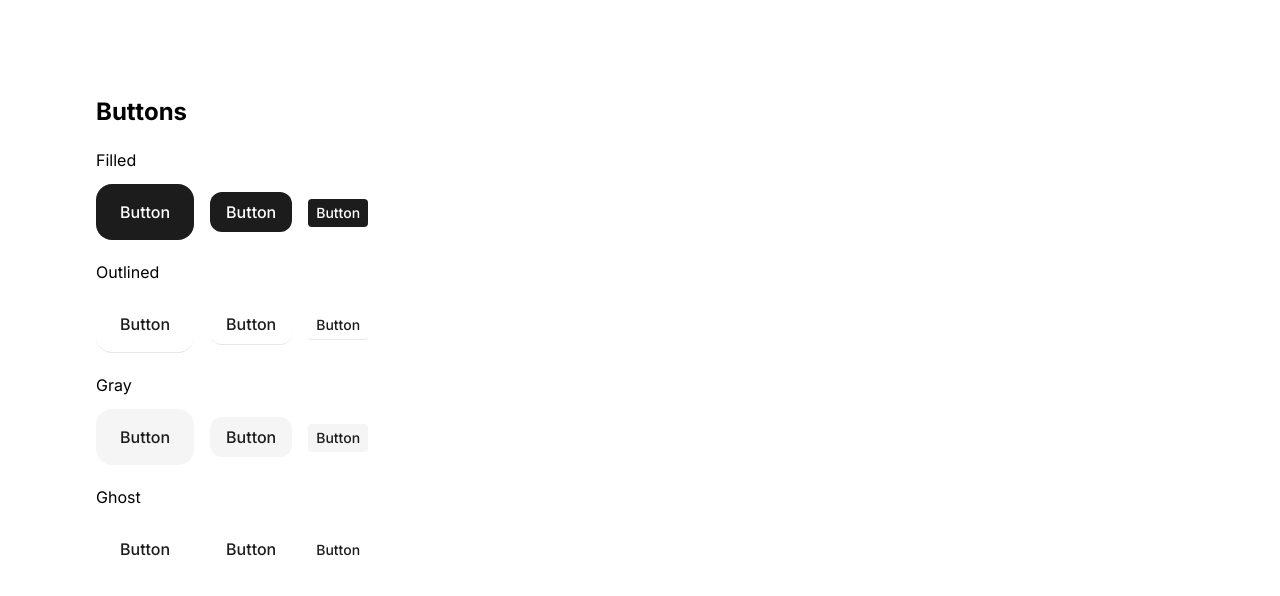
Repository: ggonzaga29/polarized-dashboard
Page: /
An editor plug-in stored every save of this project. The page is shown before and after the next save, followed by the edit.
The browser window is 1280 px wide. The pictures show the whole page.
The project was rebuilt for these pictures with package versions that can differ from the ones it lists, and the page was loaded fresh each time. The framework's server and built-in components were replaced by stand-ins that run in the browser. Also part of the build but not shown: next.config.js.

Above is the page before, as saved 2023-08-03 23:59:42.

### src/app/layout.jsx
import './globals.css';
import { Inter } from 'next/font/google';
import { ThemeProvider } from '@/context/theme-provider';

const inter = Inter({ subsets: ['latin'] });

export const metadata = {
  title: 'Polarized | Dashboard',
};

export default function RootLayout({ children }) {
  return (
    <html lang="en">
      <body className={inter.className}>
        <ThemeProvider attribute="class" defaultTheme="system" enableSystem>
          {children}
        </ThemeProvider>
      </body>
    </html>
  );
}

### src/app/page.jsx
import Image from 'next/image';
import { Button } from '@/components/ui/button';

export default function Home() {
  return (
    <main className="min-h-screen flex-col items-center justify-between p-24 space-y-5">
			<h1 className='text-2xl font-bold'>Buttons</h1>
      <div>
        <h2>Filled</h2>
        <div className="space-x-4 mt-3">
          <Button variant="filled" size="lg">
            Button
          </Button>
          <Button variant="filled" size="md">
            Button
          </Button>
          <Button variant="filled" size="sm">
            Button
          </Button>
        </div>
      </div>
      <div>
        <h2>Outlined</h2>
        <div className="space-x-4 mt-3">
          <Button variant="outlined" size="lg">
            Button
          </Button>
          <Button variant="outlined" size="md">
            Button
          </Button>
          <Button variant="outlined" size="sm">
            Button
          </Button>
        </div>
      </div>
      <div>
        <h2>Gray</h2>
        <div className="space-x-4 mt-3">
          <Button variant="gray" size="lg">
            Button
          </Button>
          <Button variant="gray" size="md">
            Button
          </Button>
          <Button variant="gray" size="sm">
            Button
          </Button>
        </div>
      </div>
      <div>
        <h2>Ghost</h2>
        <div className="space-x-4 mt-3">
          <Button variant="ghost" size="lg">
            Button
          </Button>
          <Button variant="ghost" size="md">
            Button
          </Button>
          <Button variant="ghost" size="sm">
            Button
          </Button>
        </div>
      </div>
    </main>
  );
}

### src/app/globals.css
@tailwind base;
@tailwind components;
@tailwind utilities;

@layer base {
  :root {
    /* --background: 0 0% 100%;
    --foreground: 240 10% 3.9%;

    --muted: 240 4.8% 95.9%;
    --muted-foreground: 240 3.8% 46.1%;

    --popover: 0 0% 100%;
    --popover-foreground: 240 10% 3.9%;

    --card: 0 0% 100%;
    --card-foreground: 240 10% 3.9%;

    --border: 240 5.9% 90%;
    --input: 240 5.9% 90%;

    --primary: 240 5.9% 10%;
    --primary-foreground: 0 0% 98%;

    --secondary: 240 4.8% 95.9%;
    --secondary-foreground: 240 5.9% 10%;

    --accent: 240 4.8% 95.9%;
    --accent-foreground: 240 5.9% 10%;

    --destructive: 0 84.2% 60.2%;
    --destructive-foreground: 0 0% 98%;

    --ring: 240 5% 64.9%;

    --radius: 0.5rem; */

    /* 1C1C1C */
    --black-100: hsl(0, 0%, 11%);
    --black-80: hsl(0%, 11%, 80%);

    --white-100: hsl(0, 0%, 100%);
    --white-80: hsl(0, 0%, 80%);
    --white-40: hsl(0, 0%, 40%);
    --white-20: hsl(0, 0%, 20%);
    --white-10: hsl(0, 0%, 10%);
    --white-5: hsl(0, 0%, 5%);

    /* F7F9FB */
    --primary-light: hsl(210, 50%, 98%);
    /* E3F5FF */
    --primary-blue: hsl(210, 90%, 95%);
    /* E5ECF6 */
    --primary-purple: hsl(240, 20%, 90%);
    /* 1C1C1C */
    --primary-brand: hsl(0, 0%, 11%);

    /* 95A4FC */
    --secondary-purple-a: hsl(240, 60%, 75%);
    /* A8C5DA */
    --secondary-blue-a: hsl(200, 30%, 75%);
    /* E3F5FF */
    --secondary-blue-b: hsl(210, 90%, 95%);
    /* A1E3CB */
    --secondary-green-a: hsl(160, 70%, 75%);
    /* BAEDBD */
    --secondary-green-b: hsl(100, 40%, 75%);
    /* FFE999 */
    --secondary-yellow: hsl(50, 100%, 75%);
    /* FF4747 */
    --secondary-red: hsl(0, 100, 64);
  }

  .dark {
    /* --background: 240 10% 3.9%;
    --foreground: 0 0% 98%;

    --muted: 240 3.7% 15.9%;
    --muted-foreground: 240 5% 64.9%;

    --popover: 240 10% 3.9%;
    --popover-foreground: 0 0% 98%;

    --card: 240 10% 3.9%;
    --card-foreground: 0 0% 98%;

    --border: 240 3.7% 15.9%;
    --input: 240 3.7% 15.9%;

    --primary: 0 0% 98%;
    --primary-foreground: 240 5.9% 10%;

    --secondary: 240 3.7% 15.9%;
    --secondary-foreground: 0 0% 98%;

    --accent: 240 3.7% 15.9%;
    --accent-foreground: 0 0% 98%;

    --destructive: 0 62.8% 30.6%;
    --destructive-foreground: 0 85.7% 97.3%;

    --ring: 240 3.7% 15.9%; */
  }
}

@layer base {

}

### src/components/ui/button.jsx
import React from 'react';
import { cva } from 'class-variance-authority';
import { twMerge } from 'tailwind-merge';

const button = cva(
  [
    'inline-flex items-center gap-2 justify-center font-medium transition-colors disabled:pointer-events-none disabled:opacity-50',
  ],
  {
    variants: {
      variant: {
        filled: ['bg-[#1C1C1C]', 'text-white', "hover:bg-[#2C2C2C]"],
				outlined: ['border-b', 'text-[#1C1C1C]', 'hover:bg-[#1C1C1C]'],
				gray: ['bg-[#F5F5F5]', 'text-[#1C1C1C]', 'hover:bg-[#E5E5E5]'],
				ghost: ['text-[#1C1C1C]', 'hover:bg-[#1C1C1C]'],
      },

      size: {
        sm: ['px-2', 'py-1', 'rounded', "text-sm"],
        md: ['px-4', 'py-2', 'rounded-xl'],
        lg: ['px-6', 'py-4', 'rounded-2xl'],
      },
    },
  },
);

const Button = ({ variant, size, className, children }) => {
  if (!variant) variant = 'primary';
  if (!size) size = 'md';

  return (
    <button className={twMerge(button({ variant, size }), className)}>
      {children}
    </button>
  );
};

Button.displayName = 'Button';

export { Button };

### tailwind.config.js
/** @type {import('tailwindcss').Config} */
module.exports = {
	darkMode: ["class"],
	content: [
		'./pages/**/*.{js,jsx}',
		'./components/**/*.{js,jsx}',
		'./app/**/*.{js,jsx}',
		'./src/**/*.{js,jsx}',
	],
	theme: {
		// container: {
		//   center: true,
		//   padding: "2rem",
		//   screens: {
		//     "2xl": "1400px",
		//   },
		// },
		extend: {
			colors: {

				black: {
					DEFAULT: "#000000",
					100: "#F5F5F5",
					200: "#EEEEEE",


					// border: "hsl(var(--border))",
					// input: "hsl(var(--input))",
					// ring: "hsl(var(--ring))",
					// background: "hsl(var(--background))",
					// foreground: "hsl(var(--foreground))",
					// primary: {
					//   DEFAULT: "hsl(var(--primary))",
					//   foreground: "hsl(var(--primary-foreground))",
					// },
					// secondary: {
					//   DEFAULT: "hsl(var(--secondary))",
					//   foreground: "hsl(var(--secondary-foreground))",
					// },
					// destructive: {
					//   DEFAULT: "hsl(var(--destructive))",
					//   foreground: "hsl(var(--destructive-foreground))",
					// },
					// muted: {
					//   DEFAULT: "hsl(var(--muted))",
					//   foreground: "hsl(var(--muted-foreground))",
					// },
					// accent: {
					//   DEFAULT: "hsl(var(--accent))",
					//   foreground: "hsl(var(--accent-foreground))",
					// },
					// popover: {
					//   DEFAULT: "hsl(var(--popover))",
					//   foreground: "hsl(var(--popover-foreground))",
					// },
					// card: {
					//   DEFAULT: "hsl(var(--card))",
					//   foreground: "hsl(var(--card-foreground))",
					// },
				},
				borderRadius: {
					// lg: "var(--radius)",
					// md: "calc(var(--radius) - 2px)",
					// sm: "calc(var(--radius) - 4px)",
				},
				keyframes: {
					// "accordion-down": {
					//   from: { height: 0 },
					//   to: { height: "var(--radix-accordion-content-height)" },
					// },
					// "accordion-up": {
					//   from: { height: "var(--radix-accordion-content-height)" },
					//   to: { height: 0 },
					// },
				},
				animation: {
					// "accordion-down": "accordion-down 0.2s ease-out",
					// "accordion-up": "accordion-up 0.2s ease-out",
				},
			},
		},
		plugins: [require("tailwindcss-animate")],
	}
}

Loaded but not shown: src/context/theme-provider.jsx (common file)

After the next save:
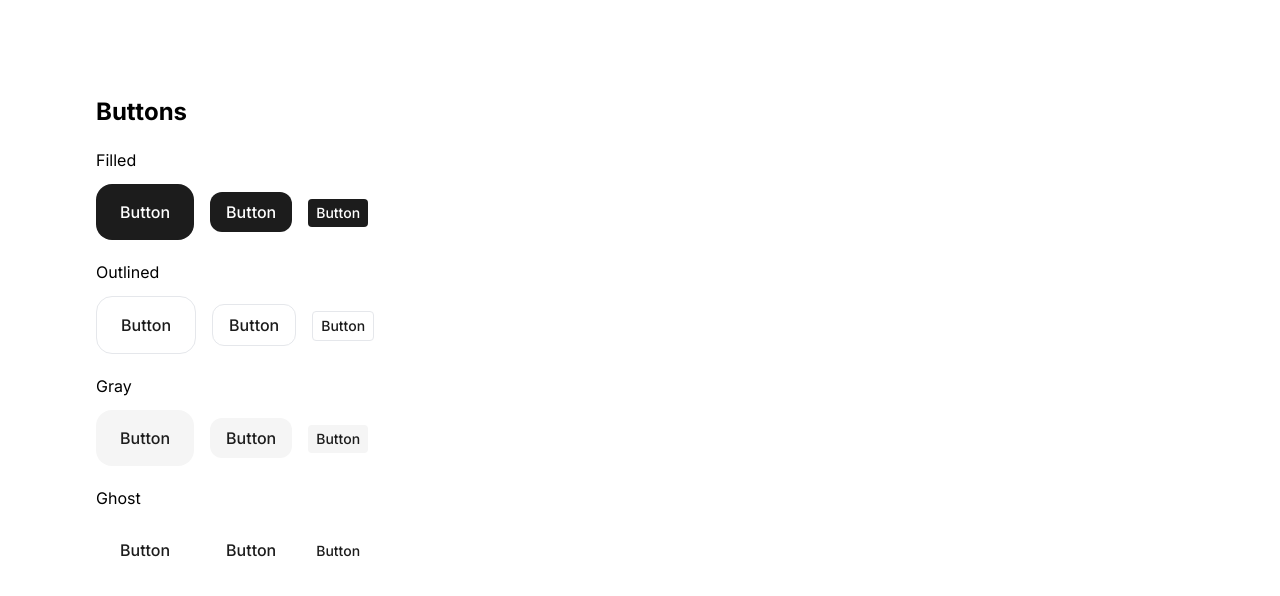
Saved 79 s later.
--- a/src/components/ui/button.jsx
+++ b/src/components/ui/button.jsx
@@ -10,7 +10,7 @@ const button = cva(
     variants: {
       variant: {
         filled: ['bg-[#1C1C1C]', 'text-white', "hover:bg-[#2C2C2C]"],
-				outlined: ['border-b', 'text-[#1C1C1C]', 'hover:bg-[#1C1C1C]'],
+				outlined: ['border', 'text-[#1C1C1C]', 'hover:bg-[#1C1C1C]'],
 				gray: ['bg-[#F5F5F5]', 'text-[#1C1C1C]', 'hover:bg-[#E5E5E5]'],
 				ghost: ['text-[#1C1C1C]', 'hover:bg-[#1C1C1C]'],
       },
